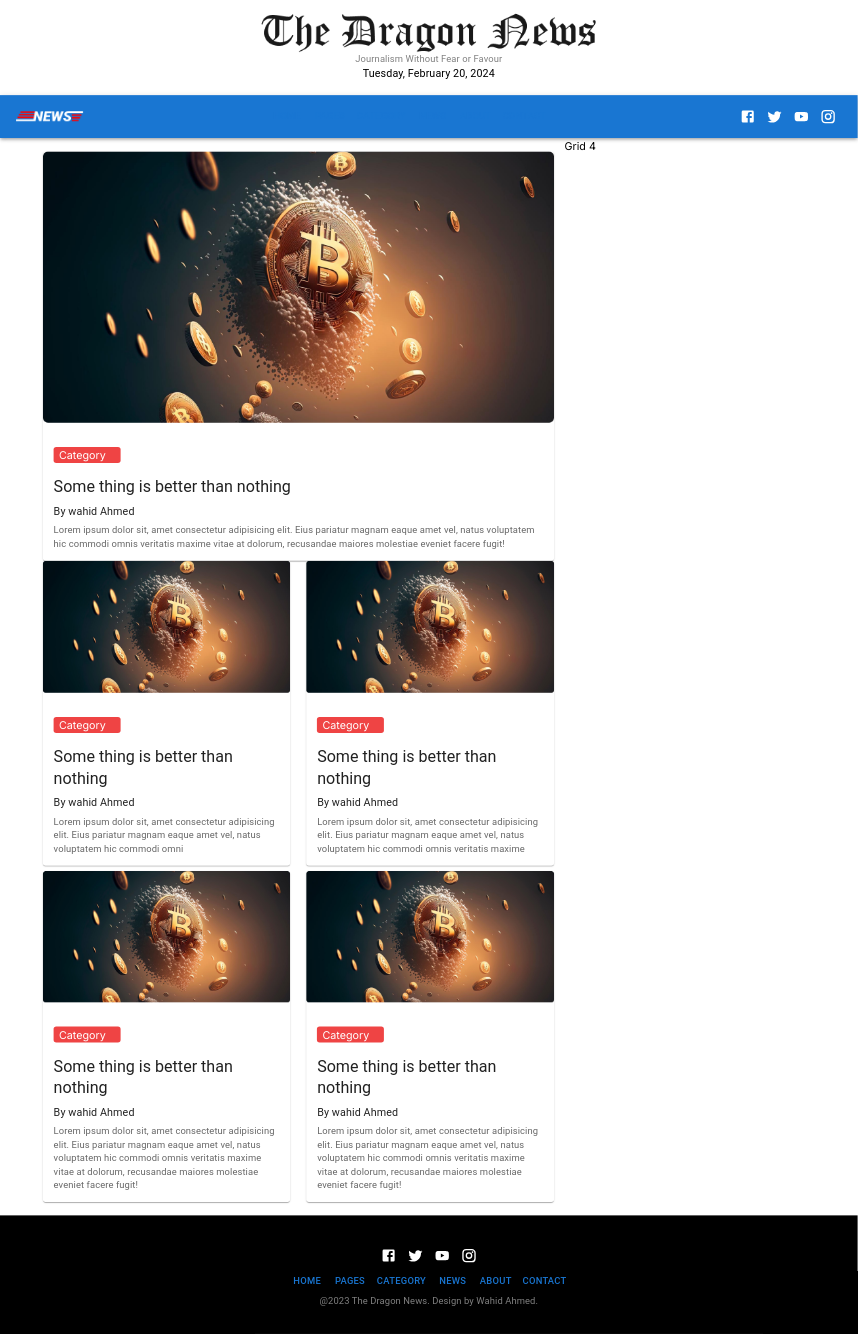
Repository: Wahid137/daily-news-nextjs
Page: /
These files come from the project's save history. The page is drawn as it stood at one moment and after a run of saves; the edit follows.
The browser window is 1280 px wide. The pictures show the whole page, at 67% of full size.
The project was rebuilt for these pictures with package versions that can differ from the ones it lists, and the page was loaded fresh each time. The framework's server and built-in components were replaced by stand-ins that run in the browser. Also part of the build but not shown: next.config.mjs.

Above is the page before, as saved 2024-02-22 23:28:10.

After the next 6 saves:
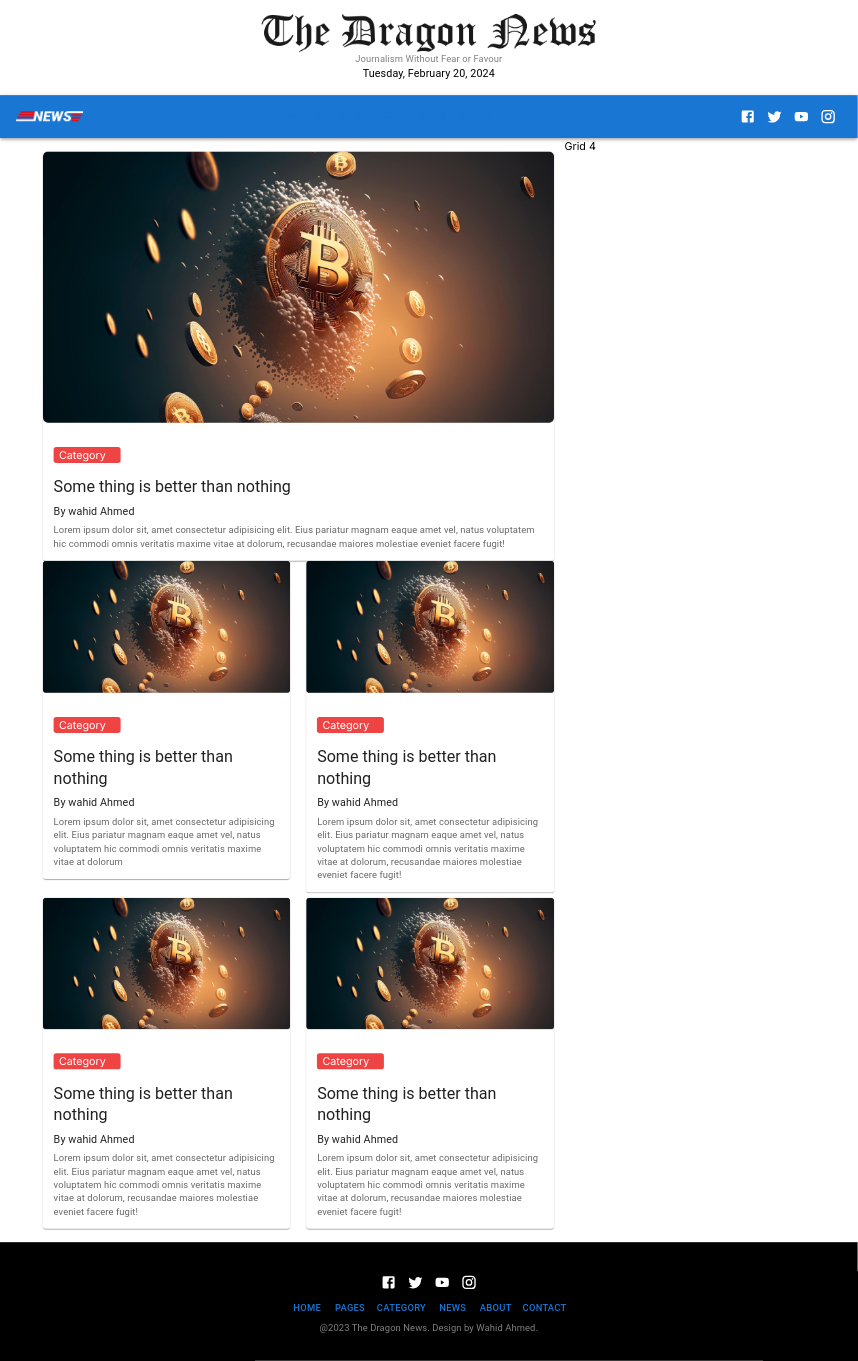
The 6 saves are shown as one change because 2 did not build or start and some came seconds apart.
The last was saved 50 s later.
--- a/src/components/ui/LatestNews/LatestNews.js
+++ b/src/components/ui/LatestNews/LatestNews.js
@@ -76,7 +76,7 @@ export default function LatestNews() {
                                     By wahid Ahmed
                                 </Typography>
                                 <Typography variant="body2" color="text.secondary">
-                                    Lorem ipsum dolor sit, amet consectetur adipisicing elit. Eius pariatur magnam eaque amet vel, natus voluptatem hic commodi omni
+                                    Lorem ipsum dolor sit, amet consectetur adipisicing elit. Eius pariatur magnam eaque amet vel, natus voluptatem hic commodi omnis veritatis maxime vitae at dolorum
                                 </Typography>
                             </CardContent>
                         </CardActionArea>
@@ -113,7 +113,7 @@ export default function LatestNews() {
                                     By wahid Ahmed
                                 </Typography>
                                 <Typography variant="body2" color="text.secondary">
-                                    Lorem ipsum dolor sit, amet consectetur adipisicing elit. Eius pariatur magnam eaque amet vel, natus voluptatem hic commodi omnis veritatis maxime
+                                    Lorem ipsum dolor sit, amet consectetur adipisicing elit. Eius pariatur magnam eaque amet vel, natus voluptatem hic commodi omnis veritatis maxime vitae at dolorum, recusandae maiores molestiae eveniet facere fugit!
                                 </Typography>
                             </CardContent>
                         </CardActionArea>
